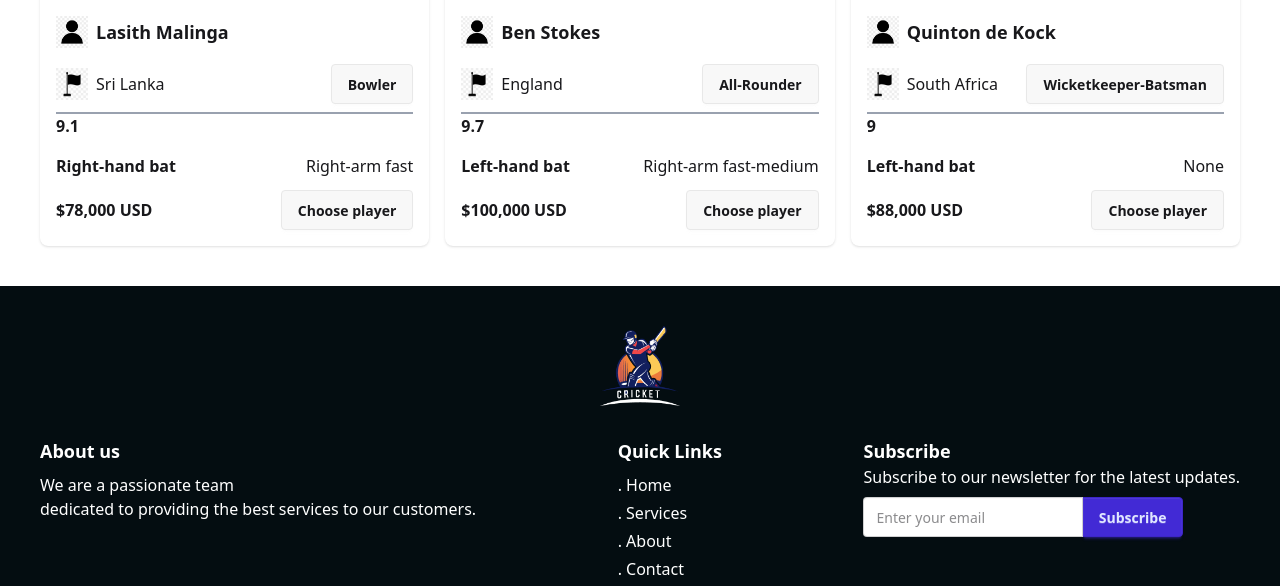
Repository: SanjidaSnigdha/Select-your-eleven
Page: /
The author's editor kept a copy of each file at every save. The page is drawn from the files as they stood at one save, then again after the next save.
The browser window is 1280 px wide. The pictures show the part of the page from y = 2831 to 3417 px (the page is 3417 px tall).
The project was rebuilt for these pictures with package versions that can differ from the ones it lists, and the page was loaded fresh each time. Also part of the build but not shown: vite.config.js, src/App.css, src/components/SelectedCard/SelectedCard.jsx, src/components/SelectedPlayers/SelectedPlayers.jsx.

Above is the page before, as saved 2026-03-23 00:42:28.

### index.html
<!doctype html>
<html lang="en" style="color-scheme: light;">
  <head>
    <meta charset="UTF-8" />
    <link rel="icon" type="image/svg+xml" href="/favicon.svg" />
    <meta name="viewport" content="width=device-width, initial-scale=1.0" />
    <title>select-your-eleven</title>
  </head>
  <body>
    <div id="root"></div>
    <script type="module" src="/src/main.jsx"></script>
  </body>
</html>

### src/index.css
 @import "tailwindcss";
 @plugin "daisyui" {
  themes: light --default, dark --prefersdark;
  themes: light --default;
 }

### src/App.jsx

import './App.css'
import { ToastContainer } from 'react-toastify';

import AvailablePlayers from './components/AvailablePlayers/AvailablePlayers'
import SelectedPlayers from './components/SelectedPlayers/SelectedPlayers'
import Navbar from './components/Navbar/Navbar'
import { Suspense, useState } from 'react'
import Banner from './components/Banner/Banner';
import Footer from './components/Footer/Footer';

const fetchPlayers = async () =>{
  const res = await fetch("/players.json")
  return res.json()
}
const playersPromise = fetchPlayers()


function App() {
  const [toggle,setToggle] = useState(true)
  const [availableBalance,setAvailableBalance] = useState(600000)
  const [purchasedPlayers,setPurchasedPlayers] = useState([])
  const removePlayer = (p) =>{
    const filteredData = purchasedPlayers.filter(ply=> ply.player_name!==p.player_name)
    console.log(filteredData)
    setPurchasedPlayers(filteredData)
    setAvailableBalance(availableBalance+parseInt(p.price.split("USD").join("").
                split(",").join("")))

  }

  return (
    <>
   <Navbar availableBalance={availableBalance}></Navbar>
   <Banner></Banner>
   <div className='max-w-[1200px] mx-auto flex justify-between items-center'>
    <h1 className='font-bold text-2xl'>{
    toggle===true?"Available players":`Selected players(${purchasedPlayers.length}/6)`}</h1>
    <div className='font-bold'>
      <button onClick={()=>setToggle(true)} className={`py-3 px-4 border-1 border-gray-400 rounded-l-2xl border-r-0 ${toggle===true?"bg-[#E7FE29]":""}`}>Available</button>
      <button onClick={()=>setToggle(false)} className={`py-3 px-4 border-1 border-gray-400 rounded-r-2xl border-l-0 ${toggle===false?"bg-[#E7FE29]":""}`}>Selected <span>({purchasedPlayers.length})</span></button>
    </div>

   </div>

     {
      toggle === true?<Suspense fallback={<span className="loading loading-spinner loading-xl"></span>
}>
    <AvailablePlayers purchasedPlayers={purchasedPlayers} setPurchasedPlayers={setPurchasedPlayers} availableBalance={availableBalance} setAvailableBalance={setAvailableBalance} playersPromise={playersPromise}></AvailablePlayers>
</Suspense>:<SelectedPlayers removePlayer={removePlayer} purchasedPlayers={purchasedPlayers} setToggle={setToggle}></SelectedPlayers>

     }



      <ToastContainer></ToastContainer>
      <Footer></Footer>

    </>
  )
}

export default App

### src/components/AvailablePlayers/AvailablePlayers.jsx
import React, { use } from 'react';

import PlayerCard from '../PlayerCard/PlayerCard';

const AvailablePlayers = ({playersPromise,setAvailableBalance,availableBalance,purchasedPlayers,setPurchasedPlayers}) => {
    const playerData = use(playersPromise)
    return (
        <div className='max-w-[1200px] mx-auto grid grid-cols-1 md:grid-cols-3 gap-4'>

            {
              playerData.map(player=><PlayerCard setPurchasedPlayers={setPurchasedPlayers} purchasedPlayers={purchasedPlayers} availableBalance={availableBalance} setAvailableBalance={setAvailableBalance} player={player}></PlayerCard>


              )
            }

        </div>
    );
};

export default AvailablePlayers;

### src/components/Navbar/Navbar.jsx
import React from 'react';
import navImg from "../../assets/logo.png"
import dollarImg from "../../assets/dollar-1.png"

const Navbar = ({availableBalance}) => {
    return (

         <div className="navbar max-w-[1200px] mx-auto">
          <div className="flex-1">
            <a className="text-xl">
              <img className="w-60px h-50px mt-4" src={navImg} alt="" />
           </a>
          </div>
          <div className='flex justify-between items-center text-gray-500 w-60 h-20 font-semibold mr-30 gap-4'>
            <a>Home</a>
            <a>Fixture</a>
            <a>Teams</a>
            <a>Schedules</a>
          </div>
          <div className="flex items-center gap-1 ml-4">
          <span className='mr-1'>{availableBalance}</span>
          <span className='mr-1'>Coin</span>
          <img className="w-5 h-5" src={dollarImg} alt="" />
         </div>
       </div>
    );

};

export default Navbar;

### src/components/Banner/Banner.jsx
import React from 'react';
import bannerImg from '../../assets/banner-main.png'

const Banner = () => {
    return (
        <div className='max-w-[1200px] mx-auto h-[475px] bg-[#131313]/90 mt-8 mb-10 rounded-3xl'>
           <img src={bannerImg} alt="" className='w-2/12 mx-auto p-10'/>
           <div>
            <h1 className='font-bold w-[970px] h-[60px] text-[#FFFFFF] w-2/12 mx-auto text-center mt-2 text-xl'>Assemble Your Ultimate Dream 11 Cricket Team</h1>
            <p className='text-[#FFFFFF]/70 text-center'>Beyond Boundaries Beyond Limits</p>
            <button className='btn border-amber-400 p-1 flex mt-8 rounded-xl font-bold bg-[#E7FE29] w-2/12 mx-auto text-center items-center'>Claim Free Credit</button>
           </div>
        </div>

    );
};

export default Banner;

### src/components/Footer/Footer.jsx
import React from 'react';
import footerImg from "../../assets/logo-footer.png"

const Footer = () => {
    return (
        <footer className="bg-[#040D11] text-base-content p-10 mt-10 w-full h-[300px]">
            {/* Footer Image */}
            <div className='flex justify-center mb-8'>
            <img src={footerImg} alt="" className='w-20 h-20'/>
            </div>
   <div className='flex flex-col md:flex-row justify-between gap-8'>
    <div>
    <h6 className="font-semibold text-[18px] text-[#FFFFFF]">About us</h6>
    <p className='mt-2 text-[#FFFFFF]'>We are a passionate team<br></br>dedicated to providing the best services to our customers.</p>

  </div>
  <div className='text-[#FFFFFF]'>
    <h6 className="font-semibold text-[18px]">Quick Links</h6>
    <div className='flex flex-col mt-2 gap-1'>
    <a className="link link-hover">. Home</a>
    <a className="link link-hover">. Services</a>
    <a className="link link-hover">. About</a>
    <a className="link link-hover">. Contact</a>
    </div>
  </div>

  <form>
    <h6 className="text-[#FFFFFF] font-semibold text-[18px]">Subscribe</h6>
    <p className='text-[#FFFFFF]'>Subscribe to our newsletter for the latest updates.</p>
    <fieldset className="w-80">
      <div className="join mt-2">
        <input
          type="text"
          placeholder="Enter your email"
          className="input input-bordered join-item" />
        <button className="btn btn-primary join-item">Subscribe</button>
      </div>
    </fieldset>
  </form>
  </div>
</footer>
    );
};

export default Footer;

### src/components/PlayerCard/PlayerCard.jsx
import React, { useState } from 'react';
import userImg from "../../assets/man.png"
import flagImg from "../../assets/flag.jpg"
import { toast } from 'react-toastify';

const PlayerCard = ({player,setAvailableBalance,availableBalance,purchasedPlayers,setPurchasedPlayers}) => {
    const [isSelected,setIsSelected] = useState(false)

    const handleSelected = (playerData) =>{
        const playerPrice = parseInt(playerData.price.split("USD").join("").
                split(",").join(""))
                if(availableBalance<playerPrice){
                    toast("Not enough coins!!")
                    return
                }
                if(purchasedPlayers.length===6){
                    toast("6 players already selected")
                    return
                }

         setIsSelected(true)
                setAvailableBalance(availableBalance - playerPrice);
                setPurchasedPlayers([...purchasedPlayers,playerData])


    };
    return (
                        <div className="card bg-base-100 shadow-sm p-4">
         <figure className="px-10 pt-10">
           <img
             src={player.player_image}
             alt="Shoes"
             className='w-full h-[280px] object-cover'
              />
         </figure>
         <div className="mt-4">
           <div className='flex'>
               <img className='w-8 h-8' src={userImg} alt="" /><h2 className='card-title ml-2'>{player.player_name}</h2>
           </div>
           <div className='flex justify-between mt-4 border-b-2 border-gray-400 pb-2'>
       <div className='flex items-center'>
           <img className='w-8 h-8' src={flagImg} alt="" />
           <span className='ml-2'>{player.player_country}</span>
           </div>
           <button className='btn'>{player.playing_role}</button>
           </div>
       <div className='flex justify-between font-bold'>
           <span>{player.rating}</span>

       </div>
       <div className='flex justify-between mt-4'>
           <span className='font-bold'>{player.bating_style}</span>
           <span>{player.bowling_style}</span>
       </div>

           <div className="card-actions mt-3 flex justify-between items-center">
               <p className='font-bold'>${player.price}</p>
             <button disabled={isSelected} onClick={()=>{handleSelected(player)

             }} className="btn">{isSelected===true?"Selected":"Choose player"}</button>
           </div>
         </div>
       </div>
    );
};

export default PlayerCard;

### public/players.json
[
  {
    "player_image": "https://i.ibb.co.com/CKt7DdsZ/shakib-al-hasan-smiling-8olow941lckcha6b.jpg",
    "player_name": "Shakib Al Hasan",
    "player_country": "Bangladesh",
    "playing_role": "All-Rounder",
    "rating": 9.5,
    "bating_style": "Left-hand bat",
    "bowling_style": "Slow left-arm orthodox",
    "price": "75,000 USD"
  },
  {
    "player_image": "https://i.ibb.co.com/WWKnGkNs/Faf-du-Plessis.jpg",
    "player_name": "Faf du Plessis",
    "player_country": "South Africa",
    "playing_role": "Batsman",
    "rating": 9.0,
    "bating_style": "Right-hand bat",
    "bowling_style": "Right-arm medium",
    "price": "70,000 USD"
  },
  {
    "player_image": "https://i.ibb.co.com/XZxnnz3F/Rashid-Khan.jpg",
    "player_name": "Rashid Khan",
    "player_country": "Afghanistan",
    "playing_role": "Bowler",
    "rating": 9.8,
    "bating_style": "Right-hand bat",
    "bowling_style": "Right-arm leg spin",
    "price": "85,000 USD"
  },
  {
    "player_image": "https://i.ibb.co.com/4w5xgSNn/liton-das.jpg",
    "player_name": "Liton Das",
    "player_country": "Bangladesh",
    "playing_role": "Wicketkeeper-Batsman",
    "rating": 8.7,
    "bating_style": "Right-hand bat",
    "bowling_style": "None",
    "price": "60,000 USD"
  },
  {
    "player_image": "https://i.ibb.co.com/391gsfv8/Andre-Russell.jpg",
    "player_name": "Andre Russell",
    "player_country": "West Indies",
    "playing_role": "All-Rounder",
    "rating": 9.6,
    "bating_style": "Right-hand bat",
    "bowling_style": "Right-arm fast",
    "price": "90,000 USD"
  },
  {
    "player_image": "https://i.ibb.co.com/67D8FvCn/Mustafizur-Rahman.webp",
    "player_name": "Mustafizur Rahman",
    "player_country": "Bangladesh",
    "playing_role": "Bowler",
    "rating": 8.9,
    "bating_style": "Left-hand bat",
    "bowling_style": "Left-arm fast-medium",
    "price": "65,000 USD"
  },
  {
    "player_image": "https://i.ibb.co.com/h1wRWkVC/David-Warner.jpg",
    "player_name": "David Warner",
    "player_country": "Australia",
    "playing_role": "Batsman",
    "rating": 9.4,
    "bating_style": "Left-hand bat",
    "bowling_style": "Right-arm leg spin",
    "price": "95,000 USD"
  },
  {
    "player_image": "https://i.ibb.co.com/0VsmTGGY/Sunil-Narine.jpg",
    "player_name": "Sunil Narine",
    "player_country": "West Indies",
    "playing_role": "All-Rounder",
    "rating": 9.2,
    "bating_style": "Left-hand bat",
    "bowling_style": "Right-arm off spin",
    "price": "80,000 USD"
  },
  {
    "player_image": "https://i.ibb.co.com/HpkRbDz3/Babar.png",
    "player_name": "Babar Azam",
    "player_country": "Pakistan",
    "playing_role": "Batsman",
    "rating": 9.3,
    "bating_style": "Right-hand bat",
    "bowling_style": "None",
    "price": "92,000 USD"
  },
  {
    "player_image": "https://i.ibb.co.com/dsk08w2x/Lasith-Malinga1.jpg",
    "player_name": "Lasith Malinga",
    "player_country": "Sri Lanka",
    "playing_role": "Bowler",
    "rating": 9.1,
    "bating_style": "Right-hand bat",
    "bowling_style": "Right-arm fast",
    "price": "78,000 USD"
  },
  {
    "player_image": "https://i.ibb.co.com/s9vHr4tS/Ben-Stokes.png",
    "player_name": "Ben Stokes",
    "player_country": "England",
    "playing_role": "All-Rounder",
    "rating": 9.7,
    "bating_style": "Left-hand bat",
    "bowling_style": "Right-arm fast-medium",
    "price": "100,000 USD"
  },
  {
    "player_image": "https://i.ibb.co.com/gFhPmT1c/Quinton-de-Kock1.jpg",
    "player_name": "Quinton de Kock",
    "player_country": "South Africa",
    "playing_role": "Wicketkeeper-Batsman",
    "rating": 9.0,
    "bating_style": "Left-hand bat",
    "bowling_style": "None",
    "price": "88,000 USD"
  }
]

Loaded but not shown: src/main.jsx (common file)

After the next save:
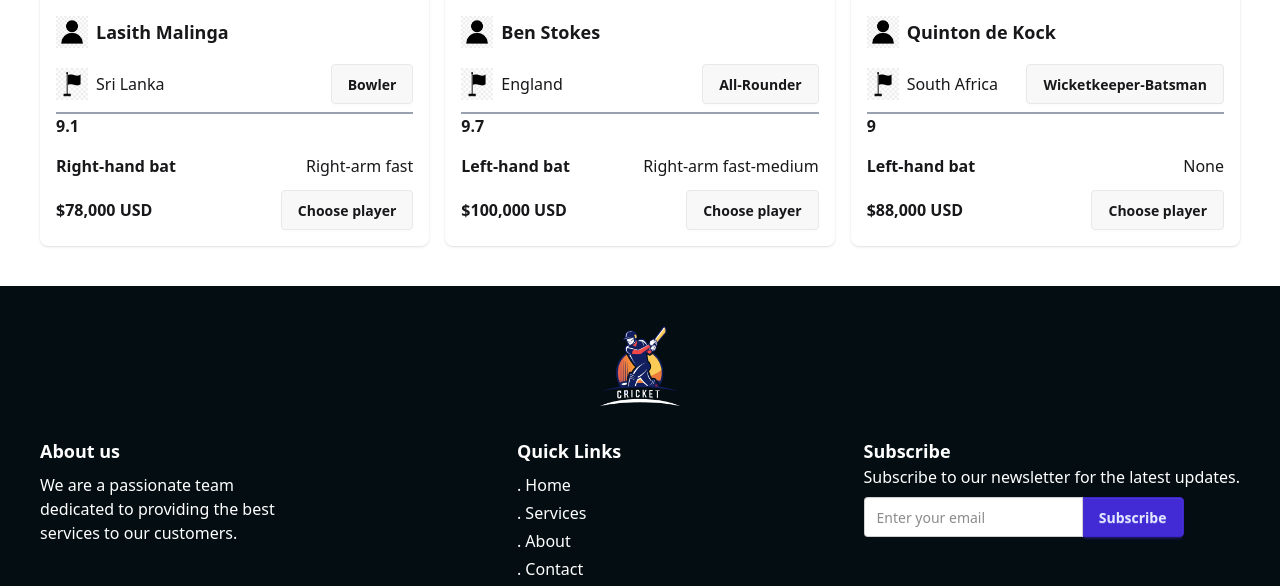
Saved 29 s later.
--- a/src/components/Footer/Footer.jsx
+++ b/src/components/Footer/Footer.jsx
@@ -11,7 +11,7 @@
    <div className='flex flex-col md:flex-row justify-between gap-8'>
     <div>
     <h6 className="font-semibold text-[18px] text-[#FFFFFF]">About us</h6>
-    <p className='mt-2 text-[#FFFFFF]'>We are a passionate team<br></br>dedicated to providing the best services to our customers.</p>
+    <p className='mt-2 text-[#FFFFFF]'>We are a passionate team<br></br>dedicated to providing the best <br></br> services to our customers.</p>
 
   </div>
   <div className='text-[#FFFFFF]'>
